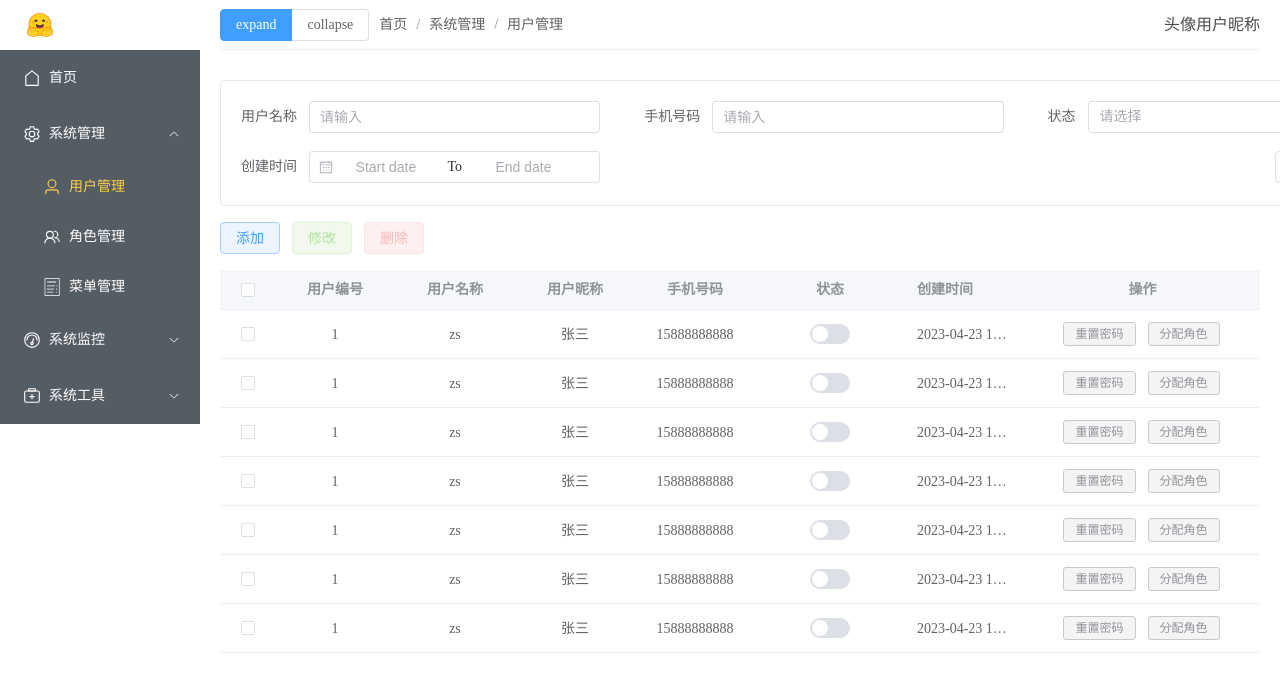
Repository: 202100202078/SignInBox
Page: /admin/system/user
An editor plug-in stored every save of this project. The page is shown before and after the next save, followed by the edit.
The browser window is 1280 px wide. The pictures show the whole page.
The project was rebuilt for these pictures with package versions that can differ from the ones it lists, and the page was loaded fresh each time. Also part of the build but not shown: vite.config.js, src/components/FilterLayout.vue, src/components/PageFooter.vue, src/components/TableLayout.vue, src/components/ToolTip.vue, src/assets/fonts/iconfont/iconfont.js, src/assets/style/variables.module.scss.

Above is the page before, as saved 2024-01-30 16:37:57.

After the next save:
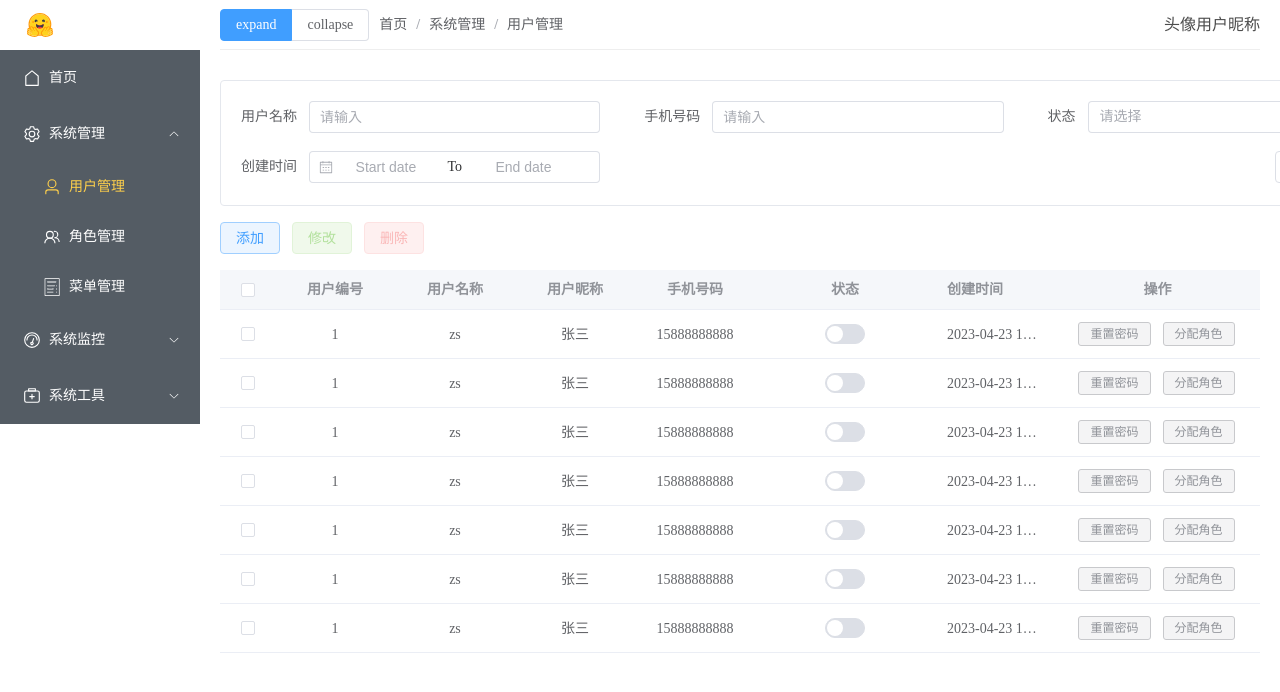
Saved 8 s later.
--- a/src/views/admin/system/UserManagement.vue
+++ b/src/views/admin/system/UserManagement.vue
@@ -267,7 +267,7 @@ const rules = {}
         label="手机号码"
         width="120"
       />
-      <el-table-column label="状态" align="center" width="150">
+      <el-table-column label="状态" align="center" width="180">
         <template #default="scope">
           <el-switch v-model="scope.row.status" />
         </template>
